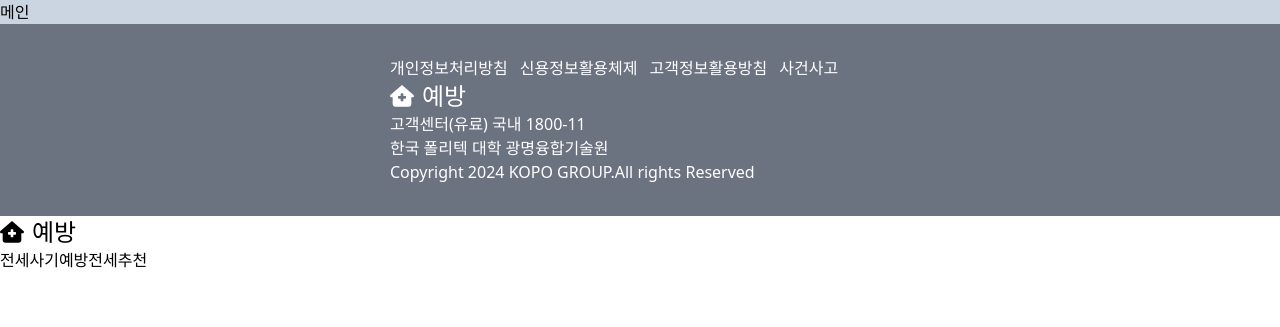
Repository: hanaTI-team-1/frontend
Page: /
The author's editor kept a copy of each file at every save. The page is drawn from the files as they stood at one save, then again after the next save.
The browser window is 1280 px wide. The pictures show the whole page.
The project was rebuilt for these pictures with package versions that can differ from the ones it lists, and the page was loaded fresh each time. Also part of the build but not shown: vite.config.js, src/App.css, src/components/Recommend.jsx, src/components/Protect.jsx.

Above is the page before, as saved 2024-07-11 20:45:33.

### src/App.jsx
import { Route, Routes } from "react-router-dom";
import "./App.css";
import Main from "./components/Main";
import Recommend from "./components/Recommend";
import Protect from "./components/Protect";

function App() {
  return (
    <>
      <Routes>
        <Route path="/" element={<Main />} />
        <Route path="/protect" element={<Protect />} />
        <Route path="/recommend" element={<Recommend />} />
      </Routes>
    </>
  );
}

export default App;

### src/components/Main.jsx
import { Footer } from './Footer';
import { Header } from './Header';

export default function Main() {
  return (
    <>
      <div className="bg-slate-300">메인</div>
      <Footer />
      <Header />
    </>
  );
}

### src/components/Footer.jsx
import { Logo } from './Logo'

export const Footer = () => {
  return <footer className='h-48 flex items-center justify-center bg-gray-500 text-white'>
    <div className='min-w-[500px]'>
      <nav>
        <ul className='flex gap-3'>
          <li className='cursor-pointer'>개인정보처리방침</li>
          <li className='cursor-pointer'>신용정보활용체제</li>
          <li className='cursor-pointer'>고객정보활용방침</li>
          <li className='cursor-pointer'>사건사고</li>
        </ul>
      </nav>
      <div><Logo /></div>
      <div>고객센터(유료) 국내 1800-11</div>
      <div>한국 폴리텍 대학 광명융합기술원</div>
      <div>Copyright 2024 KOPO GROUP.All rights Reserved</div>
    </div>
  </footer>
}

### src/components/Header.jsx
import { Logo } from './Logo'
import { Link } from 'react-router-dom'

export const Header = () => {
  return <header>
    <Logo />
    <nav className='flex'>
      <Link to={"/protect"}>
        전세사기예방
      </Link>
      <Link>
        전세추천
      </Link>
    </nav>
    <div />
  </header>

}

### src/components/Logo.jsx
import { FaHouseMedical } from 'react-icons/fa6'
import { Link } from 'react-router-dom'

export const Logo = () => {
  return <Link to={"/"} className='flex items-center gap-2 cursor-pointer'>
    <FaHouseMedical size={24} />
    <span className='text-2xl'>예방</span>
  </Link>
}

Loaded but not shown: index.html (common file); src/main.jsx (common file); src/index.css (common file); tailwind.config.js (common file)

After the next save:
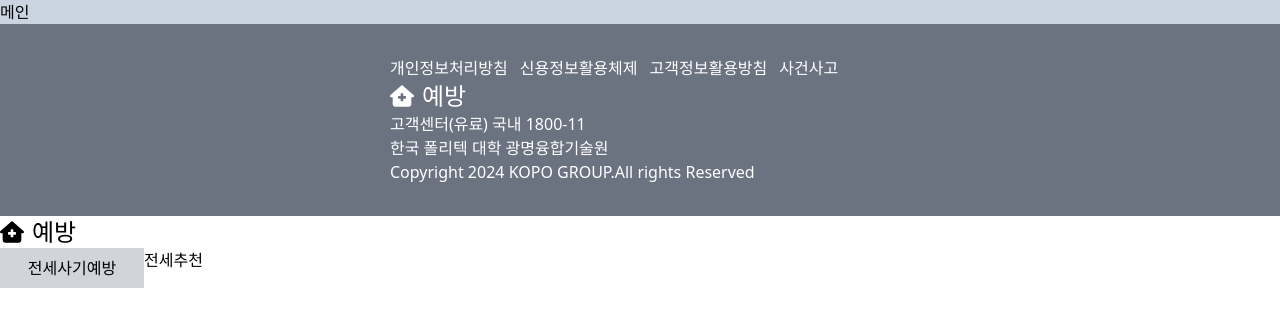
Saved 2 min 57 s later.
--- a/src/components/Header.jsx
+++ b/src/components/Header.jsx
@@ -5,10 +5,14 @@ export const Header = () => {
   return <header>
     <Logo />
     <nav className='flex'>
-      <Link to={"/protect"}>
+      {/* 클릭하면 /proctect로 이동 */}
+      <Link to={"/protect"}
+        className='h-10 hover:bg-gray-500 duration-150 leading-10 bg-gray-300 w-36 text-center cursor-pointer'
+      >
         전세사기예방
       </Link>
-      <Link>
+      {/* 클릭하면 /로 이동 */}
+      <Link to={"/recommend"}>
         전세추천
       </Link>
     </nav>
